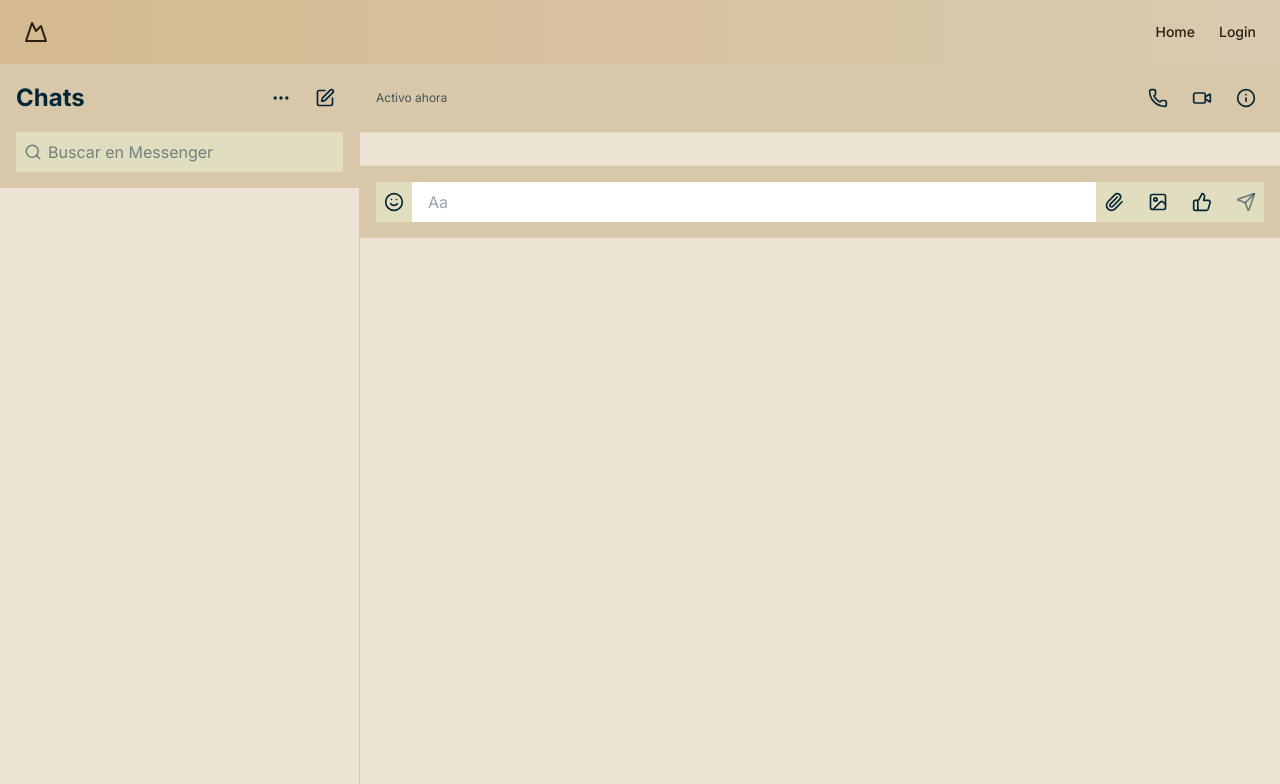
Repository: IIandreeii/Front-endTesis
Page: /mensajes
The author's editor kept a copy of each file at every save. The page is drawn from the files as they stood at one save, then again after the next save.
The browser window is 1280 px wide. The pictures show the whole page.
The page's requests for data from a server got no answer. The project was rebuilt for these pictures with package versions that can differ from the ones it lists, and the page was loaded fresh each time. The framework's server and built-in components were replaced by stand-ins that run in the browser. No one was signed in, and anything a server would have sent is missing. Also part of the build but not shown: next.config.mjs.

Above is the page before, as saved 2024-11-12 01:23:33.

### src/app/layout.tsx
// layout.tsx
import type { Metadata } from "next";
import { Inter } from "next/font/google";
import "./globals.css";

import Navbar from "@/components/component/navbar";
import { AuthProvider } from '@/lib/AuthContext.jsx';

import { cn } from '@/lib/utils'

const inter = Inter({ subsets: ["latin"] });

export const metadata: Metadata = {
  title: "Create Next App",
  description: "Generated by create next app",
};

const fontHeading = Inter({
  subsets: ['latin'],
  display: 'swap',
  variable: '--font-heading',
})

const fontBody = Inter({
  subsets: ['latin'],
  display: 'swap',
  variable: '--font-body',
})

export default function RootLayout({
  children,
}: Readonly<{
  children: React.ReactNode;
}>) {
  return (
    <html lang="en">
      <body
        className={cn(
          'antialiased',
          fontHeading.variable,
          fontBody.variable
        )}
      >
        <AuthProvider>
        <div className="pt-16">
        <Navbar />
        {children}
        </div>
        </AuthProvider>
      </body>
    </html>
  );
}

### src/app/mensajes/page.jsx

import Mensajes from "@/components/component/fb-messenger-complete.jsx";


export default function Home() {
  return (
    <Mensajes />
  );
}

### src/app/globals.css
@tailwind base;
@tailwind components;
@tailwind utilities;

@layer base {
  :root {
    --background: 36 39% 88%;
    --foreground: 36 45% 15%;
    --primary: 36 45% 70%;
    --primary-foreground: 36 45% 11%;
    --secondary: 40 35% 77%;
    --secondary-foreground: 36 45% 25%;
    --accent: 36 64% 57%;
    --accent-foreground: 36 72% 17%;
    --destructive: 0 84% 37%;
    --destructive-foreground: 0 0% 98%;
    --muted: 36 33% 75%;
    --muted-foreground: 36 45% 25%;
    --card: 36 46% 82%;
    --card-foreground: 36 45% 20%;
    --popover: 0 0% 100%;
    --popover-foreground: 240 10% 3.9%;
    --border: 36 45% 60%;
    --input: 36 45% 60%;
    --ring: 36 45% 30%;
    --radius: 5rem;
  }
}

@layer base {
  * {
    @apply border-border;
  }

  body {
    @apply bg-background text-foreground font-body;
  }

  h1, h2, h3, h4, h5, h6 {
    @apply font-heading;
  }
}

### src/lib/AuthContext.jsx
"use client";

// lib/AuthContext.js
import { createContext, useContext, useState } from 'react';

const AuthContext = createContext();

export function AuthProvider({ children }) {
  const [authToken, setAuthToken] = useState(null);

  const login = (token) => {
    setAuthToken(token);
    localStorage.setItem('authToken', token);
  };

  const logout = () => {
    setAuthToken(null);
    localStorage.removeItem('authToken');
  };

  return (
    <AuthContext.Provider value={{ authToken, login, logout }}>
      {children}
    </AuthContext.Provider>
  );
}

export function useAuth() {
  return useContext(AuthContext);
}

### src/lib/utils.ts
import { type ClassValue, clsx } from "clsx"
import { twMerge } from "tailwind-merge"


export function cn(...inputs: ClassValue[]) {

  return twMerge(clsx(inputs))
}

### src/components/component/fb-messenger-complete.jsx
'use client'

import React, { useState, useEffect } from 'react'
import dynamic from 'next/dynamic'
import { Search, MoreHorizontal, Edit, Settings, Phone, Video, ThumbsUp, Smile, Paperclip, Image, Send, ArrowLeft, Info } from 'lucide-react'
import io from 'socket.io-client'

const socket = io('http://localhost:3001')

const FbMessengerComplete = ({ user, receiverId }) => {
  const [activeChat, setActiveChat] = useState(null)
  const [message, setMessage] = useState('')
  const [messages, setMessages] = useState([])
  const [chatPreviews, setChatPreviews] = useState([])
  const [showChatList, setShowChatList] = useState(true)
  const [showSidebar, setShowSidebar] = useState(false)

  useEffect(() => {
    if (!user) return

    // Fetch initial chat previews
    const fetchChatPreviews = async () => {
      try {
        const res = await fetch(`http://localhost:3001/chats?userId=${user.id}`, {
          method: 'GET',
          headers: {
            'Content-Type': 'application/json'
          }
        })
        if (!res.ok) {
          throw new Error(`Error fetching chats: ${res.status} ${res.statusText}`)
        }
        const data = await res.json()
        console.log('Chat previews:', data) // Log the chat previews
        setChatPreviews(data)
      } catch (error) {
        console.error('Error:', error)
      }
    }

    fetchChatPreviews()
  }, [user])

  useEffect(() => {
    if (!user || !receiverId) return

    // Crear un nuevo chat si se proporciona un receiverId
    const createChat = async () => {
      try {
        const res = await fetch('http://localhost:3001/chats', {
          method: 'POST',
          headers: {
            'Content-Type': 'application/json'
          },
          body: JSON.stringify({ userId: user.id, receiverId })
        })
        if (!res.ok) {
          throw new Error(`Error creating chat: ${res.status} ${res.statusText}`)
        }
        const newChat = await res.json()
        console.log('New chat created:', newChat) // Log the new chat
        setActiveChat(newChat)
      } catch (error) {
        console.error('Error:', error)
      }
    }

    createChat()
  }, [receiverId, user])

  useEffect(() => {
    if (!user || !activeChat) return

    // Unirse a la sala específica del usuario
    socket.emit('joinRoom', activeChat._id)

    // Fetch initial messages for the active chat
    const fetchMessages = async () => {
      try {
        const res = await fetch(`http://localhost:3001/messages?receiverId=${activeChat._id}&senderId=${user.id}`)
        if (!res.ok) {
          throw new Error(`Error fetching messages: ${res.status} ${res.statusText}`)
        }
        const data = await res.json()
        console.log('Messages:', data) // Log the messages
        setMessages(data)
      } catch (error) {
        console.error('Error:', error)
      }
    }

    fetchMessages()

    // Escuchar mensajes recibidos
    const handleReceiveMessage = (message) => {
      console.log('Received message:', message) // Log the received message
      setMessages((prevMessages) => [...prevMessages, message])
    }
    socket.on('receiveMessage', handleReceiveMessage)

    // Limpiar el evento cuando el componente se desmonta
    return () => {
      socket.emit('leaveRoom', activeChat._id)
      socket.off('receiveMessage', handleReceiveMessage)
    }
  }, [activeChat, user])

  const handleSend = () => {
    if (!activeChat) {
      console.error('No active chat selected')
      return
    }

    if (message.trim()) {
      const newMessage = {
        senderId: user.id,
        receiverId: activeChat._id,
        text: message,
      }
      console.log('Sending message:', newMessage) // Log the message being sent
      socket.emit('sendMessage', newMessage)
      setMessages([...messages, newMessage])
      setMessage('')
    }
  }

  const toggleChatList = () => {
    setShowChatList(!showChatList)
  }

  const toggleSidebar = () => {
    setShowSidebar(!showSidebar)
  }

  return (
    <div className="flex h-screen bg-[#ECE3D4]">
      {/* Lista de chats */}
      <div className={`w-full md:w-[320px] lg:w-[360px] border-r border-[#D8C7A9] flex flex-col ${showChatList ? 'block' : 'hidden md:block'}`}>
        <div className="p-4 bg-[#D8C7A9]">
          <div className="flex justify-between items-center mb-4">
            <h1 className="text-2xl font-bold text-[#042637]">Chats</h1>
            <div className="flex space-x-2">
              <button className="text-[#042637] hover:bg-[#E1DDBF] p-2 rounded-full transition-colors">
                <MoreHorizontal size={20} />
                <span className="sr-only">Más opciones</span>
              </button>
              <button className="text-[#042637] hover:bg-[#E1DDBF] p-2 rounded-full transition-colors">
                <Edit size={20} />
                <span className="sr-only">Nuevo mensaje</span>
              </button>
            </div>
          </div>
          <div className="relative">
            <input
              type="text"
              placeholder="Buscar en Messenger"
              className="w-full p-2 pl-8 bg-[#E1DDBF] rounded-full text-[#042637] placeholder-[#042637]/50 focus:outline-none"
            />
            <Search className="absolute left-2 top-1/2 transform -translate-y-1/2 text-[#042637]/50" size={18} />
          </div>
        </div>
        <div className="flex-1 overflow-y-auto">
          {chatPreviews.map((chat) => (
            <div
              key={chat.id}
              className={`flex items-center p-3 cursor-pointer transition-colors ${
                activeChat && activeChat.id === chat.id ? 'bg-[#D8C7A9]' : 'hover:bg-[#E1DDBF]'
              }`}
              onClick={() => {
                setActiveChat(chat)
                if (window.innerWidth < 768) {
                  setShowChatList(false)
                }
              }}
            >
              <div className="relative mr-3">
                <img src={chat.avatar} alt="" className="w-12 h-12 rounded-full" />
                {chat.isActive && (
                  <div className="absolute bottom-0 right-0 w-3 h-3 bg-green-500 rounded-full border-2 border-[#ECE3D4]"></div>
                )}
              </div>
              <div className="flex-1 min-w-0">
                <div className="flex justify-between items-baseline">
                  <h2 className="font-semibold text-[#042637] truncate">{chat.name}</h2>
                  <span className="text-xs text-[#042637]/70 ml-2 flex-shrink-0">{chat.time}</span>
                </div>
                <p className="text-sm text-[#042637]/70 truncate">{chat.lastMessage}</p>
              </div>
              {chat.unread > 0 && (
                <div className="bg-[#042637] text-[#ECE3D4] rounded-full w-5 h-5 flex items-center justify-center text-xs ml-2 flex-shrink-0">
                  {chat.unread}
                </div>
              )}
            </div>
          ))}
        </div>
      </div>

      {/* Ventana de chat activa */}
      <div className={`flex-1 flex flex-col ${!showChatList ? 'block' : 'hidden md:block'}`}>
        <div className="p-4 bg-[#D8C7A9] flex justify-between items-center border-b border-[#E1DDBF]">
          <div className="flex items-center">
            <button className="md:hidden mr-2 text-[#042637]" onClick={toggleChatList}>
              <ArrowLeft size={20} />
              <span className="sr-only">Volver a la lista de chats</span>
            </button>
            {activeChat && <img src={activeChat.avatar} alt="" className="w-10 h-10 rounded-full mr-3" />}
            <div>
              {activeChat && <h2 className="font-semibold text-[#042637]">{activeChat.name}</h2>}
              <p className="text-xs text-[#042637]/70">Activo ahora</p>
            </div>
          </div>
          <div className="flex space-x-2">
            <button className="text-[#042637] hover:bg-[#E1DDBF] p-2 rounded-full transition-colors">
              <Phone size={20} />
              <span className="sr-only">Llamada de voz</span>
            </button>
            <button className="text-[#042637] hover:bg-[#E1DDBF] p-2 rounded-full transition-colors">
              <Video size={20} />
              <span className="sr-only">Videollamada</span>
            </button>
            <button className="text-[#042637] hover:bg-[#E1DDBF] p-2 rounded-full transition-colors" onClick={toggleSidebar}>
              <Info size={20} />
              <span className="sr-only">Información del chat</span>
            </button>
          </div>
        </div>
        <div className="flex-1 overflow-y-auto p-4 bg-[#ECE3D4]">
          {messages.map((msg, index) => (
            <div key={index} className={`mb-4 ${msg.sender === 'user' ? 'text-right' : 'text-left'}`}>
              <div className={`inline-block p-3 rounded-lg ${msg.sender === 'user' ? 'bg-[#D8C7A9]' : 'bg-[#E1DDBF]'}`}>
                <p className="text-[#042637]">{msg.content}</p>
                <p className="text-xs text-[#042637]/70 mt-1">{msg.timestamp}</p>
              </div>
            </div>
          ))}
        </div>
        <div className="p-4 bg-[#D8C7A9] border-t border-[#E1DDBF]">
          <div className="flex items-center bg-[#E1DDBF] rounded-full">
            <button className="text-[#042637] p-2 rounded-full hover:bg-[#ECE3D4] transition-colors">
              <Smile size={20} />
              <span className="sr-only">Emojis</span>
            </button>
            <input
              type="text"
              value={message}
              onChange={(e) => setMessage(e.target.value)}
              placeholder="Aa"
              className="flex-1 bg-transparent px-4 py-2 focus:outline-none text-[#042637]"
            />
            <div className="flex space-x-2 mr-2">
              <button className="text-[#042637] p-2 rounded-full hover:bg-[#ECE3D4] transition-colors">
                <Paperclip size={20} />
                <span className="sr-only">Adjuntar archivo</span>
              </button>
              <button className="text-[#042637] p-2 rounded-full hover:bg-[#ECE3D4] transition-colors">
                <Image size={20} />
                <span className="sr-only">Adjuntar imagen</span>
              </button>
              <button className="text-[#042637] p-2 rounded-full hover:bg-[#ECE3D4] transition-colors">
                <ThumbsUp size={20} />
                <span className="sr-only">Me gusta</span>
              </button>
            </div>
            <button
              className={`p-2 rounded-full transition-colors ${
                message.trim() ? 'bg-[#042637] text-[#ECE3D4] hover:bg-[#042637]/80' : 'text-[#042637]/50 cursor-not-allowed'
              }`}
              onClick={handleSend}
              disabled={!message.trim()}
            >
              <Send size={20} />
              <span className="sr-only">Enviar mensaje</span>
            </button>
          </div>
        </div>
      </div>

      {/* Barra lateral de información */}
      <div className={`w-64 bg-[#ECE3D4] border-l border-[#D8C7A9] ${showSidebar ? 'block' : 'hidden'}`}>
        <div className="p-4">
          <h2 className="text-lg font-semibold text-[#042637] mb-4">Información del chat</h2>
          {activeChat && (
            <>
              <img src={activeChat.avatar} alt="" className="w-20 h-20 rounded-full mx-auto mb-4" />
              <h3 className="text-center font-semibold text-[#042637] mb-2">{activeChat.name}</h3>
              <p className="text-center text-sm text-[#042637]/70 mb-4">Activo hace 5 minutos</p>
            </>
          )}
          <div className="space-y-2">
            <button className="w-full text-left text-[#042637] hover:bg-[#D8C7A9] p-2 rounded transition-colors">
              Ver archivos compartidos
            </button>
            <button className="w-full text-left text-[#042637] hover:bg-[#D8C7A9] p-2 rounded transition-colors">
              Ver fotos compartidas
            </button>
            <button className="w-full text-left text-[#042637] hover:bg-[#D8C7A9] p-2 rounded transition-colors">
              Buscar en la conversación
            </button>
          </div>
        </div>
      </div>
    </div>
  )
}

export default dynamic(() => Promise.resolve(FbMessengerComplete), { ssr: false });

Loaded but not shown: src/components/component/navbar.jsx (134 lines, source omitted); tailwind.config.ts (91 lines, source omitted)

After the next save:
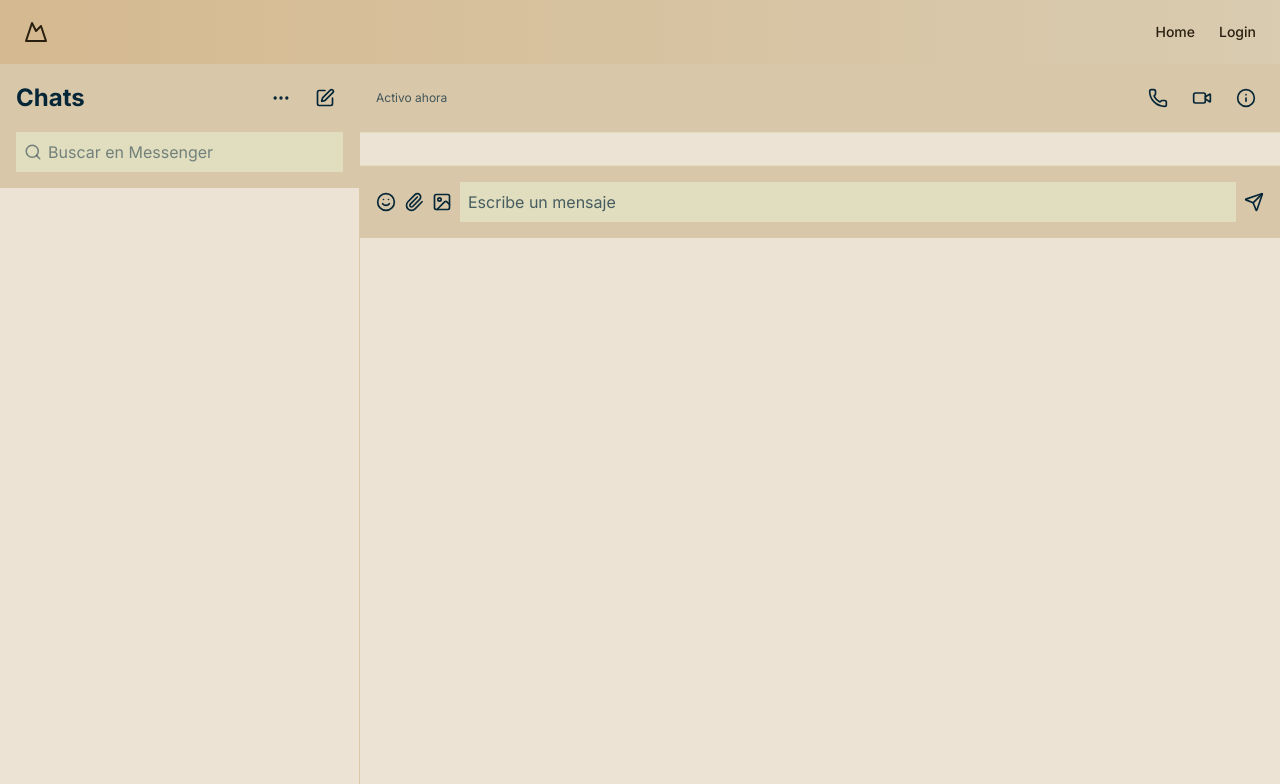
Saved 107 s later.
--- a/src/components/component/fb-messenger-complete.jsx
+++ b/src/components/component/fb-messenger-complete.jsx
@@ -163,9 +163,7 @@ const FbMessengerComplete = ({ user, receiverId }) => {
           {chatPreviews.map((chat) => (
             <div
               key={chat.id}
-              className={`flex items-center p-3 cursor-pointer transition-colors ${
-                activeChat && activeChat.id === chat.id ? 'bg-[#D8C7A9]' : 'hover:bg-[#E1DDBF]'
-              }`}
+              className={`flex items-center p-3 cursor-pointer transition-colors ${activeChat && activeChat.id === chat.id ? 'bg-[#D8C7A9]' : 'hover:bg-[#E1DDBF]'}`}
               onClick={() => {
                 setActiveChat(chat)
                 if (window.innerWidth < 768) {
@@ -213,95 +211,58 @@ const FbMessengerComplete = ({ user, receiverId }) => {
           <div className="flex space-x-2">
             <button className="text-[#042637] hover:bg-[#E1DDBF] p-2 rounded-full transition-colors">
               <Phone size={20} />
-              <span className="sr-only">Llamada de voz</span>
             </button>
             <button className="text-[#042637] hover:bg-[#E1DDBF] p-2 rounded-full transition-colors">
               <Video size={20} />
-              <span className="sr-only">Videollamada</span>
-            </button>
-            <button className="text-[#042637] hover:bg-[#E1DDBF] p-2 rounded-full transition-colors" onClick={toggleSidebar}>
+            </button>
+            <button className="text-[#042637] hover:bg-[#E1DDBF] p-2 rounded-full transition-colors">
               <Info size={20} />
-              <span className="sr-only">Información del chat</span>
-            </button>
-          </div>
-        </div>
-        <div className="flex-1 overflow-y-auto p-4 bg-[#ECE3D4]">
-          {messages.map((msg, index) => (
-            <div key={index} className={`mb-4 ${msg.sender === 'user' ? 'text-right' : 'text-left'}`}>
-              <div className={`inline-block p-3 rounded-lg ${msg.sender === 'user' ? 'bg-[#D8C7A9]' : 'bg-[#E1DDBF]'}`}>
-                <p className="text-[#042637]">{msg.content}</p>
-                <p className="text-xs text-[#042637]/70 mt-1">{msg.timestamp}</p>
+            </button>
+          </div>
+        </div>
+
+        {/* Mensajes */}
+        <div className="flex-1 overflow-y-auto p-4 space-y-4">
+          {messages.map((msg, idx) => (
+            <div
+              key={idx}
+              className={`flex ${msg.senderId === user.id ? 'justify-end' : 'justify-start'}`}
+            >
+              <div className={`flex items-center max-w-xs ${msg.senderId === user.id ? 'bg-[#042637]' : 'bg-[#E1DDBF]'} p-3 rounded-lg text-white`}>
+                <p className="text-sm">{msg.text}</p>
               </div>
             </div>
           ))}
         </div>
-        <div className="p-4 bg-[#D8C7A9] border-t border-[#E1DDBF]">
-          <div className="flex items-center bg-[#E1DDBF] rounded-full">
-            <button className="text-[#042637] p-2 rounded-full hover:bg-[#ECE3D4] transition-colors">
-              <Smile size={20} />
-              <span className="sr-only">Emojis</span>
-            </button>
-            <input
-              type="text"
-              value={message}
-              onChange={(e) => setMessage(e.target.value)}
-              placeholder="Aa"
-              className="flex-1 bg-transparent px-4 py-2 focus:outline-none text-[#042637]"
-            />
-            <div className="flex space-x-2 mr-2">
-              <button className="text-[#042637] p-2 rounded-full hover:bg-[#ECE3D4] transition-colors">
-                <Paperclip size={20} />
-                <span className="sr-only">Adjuntar archivo</span>
-              </button>
-              <button className="text-[#042637] p-2 rounded-full hover:bg-[#ECE3D4] transition-colors">
-                <Image size={20} />
-                <span className="sr-only">Adjuntar imagen</span>
-              </button>
-              <button className="text-[#042637] p-2 rounded-full hover:bg-[#ECE3D4] transition-colors">
-                <ThumbsUp size={20} />
-                <span className="sr-only">Me gusta</span>
-              </button>
-            </div>
-            <button
-              className={`p-2 rounded-full transition-colors ${
-                message.trim() ? 'bg-[#042637] text-[#ECE3D4] hover:bg-[#042637]/80' : 'text-[#042637]/50 cursor-not-allowed'
-              }`}
-              onClick={handleSend}
-              disabled={!message.trim()}
-            >
-              <Send size={20} />
-              <span className="sr-only">Enviar mensaje</span>
-            </button>
-          </div>
-        </div>
-      </div>
-
-      {/* Barra lateral de información */}
-      <div className={`w-64 bg-[#ECE3D4] border-l border-[#D8C7A9] ${showSidebar ? 'block' : 'hidden'}`}>
-        <div className="p-4">
-          <h2 className="text-lg font-semibold text-[#042637] mb-4">Información del chat</h2>
-          {activeChat && (
-            <>
-              <img src={activeChat.avatar} alt="" className="w-20 h-20 rounded-full mx-auto mb-4" />
-              <h3 className="text-center font-semibold text-[#042637] mb-2">{activeChat.name}</h3>
-              <p className="text-center text-sm text-[#042637]/70 mb-4">Activo hace 5 minutos</p>
-            </>
-          )}
-          <div className="space-y-2">
-            <button className="w-full text-left text-[#042637] hover:bg-[#D8C7A9] p-2 rounded transition-colors">
-              Ver archivos compartidos
-            </button>
-            <button className="w-full text-left text-[#042637] hover:bg-[#D8C7A9] p-2 rounded transition-colors">
-              Ver fotos compartidas
-            </button>
-            <button className="w-full text-left text-[#042637] hover:bg-[#D8C7A9] p-2 rounded transition-colors">
-              Buscar en la conversación
-            </button>
-          </div>
+
+        {/* Caja de mensaje */}
+        <div className="p-4 bg-[#D8C7A9] border-t border-[#E1DDBF] flex items-center space-x-2">
+          <button className="text-[#042637]">
+            <Smile size={20} />
+          </button>
+          <button className="text-[#042637]">
+            <Paperclip size={20} />
+          </button>
+          <button className="text-[#042637]">
+            <Image size={20} />
+          </button>
+          <input
+            type="text"
+            className="flex-1 p-2 rounded-full bg-[#E1DDBF] text-[#042637] placeholder-[#042637]/70 focus:outline-none"
+            placeholder="Escribe un mensaje"
+            value={message}
+            onChange={(e) => setMessage(e.target.value)}
+            onKeyPress={(e) => e.key === 'Enter' && handleSend()}
+          />
+          <button className="text-[#042637]" onClick={handleSend}>
+            <Send size={20} />
+          </button>
         </div>
       </div>
     </div>
   )
 }
 
-export default dynamic(() => Promise.resolve(FbMessengerComplete), { ssr: false });
+export default dynamic(() => Promise.resolve(FbMessengerComplete), {
+  ssr: false,
+})
